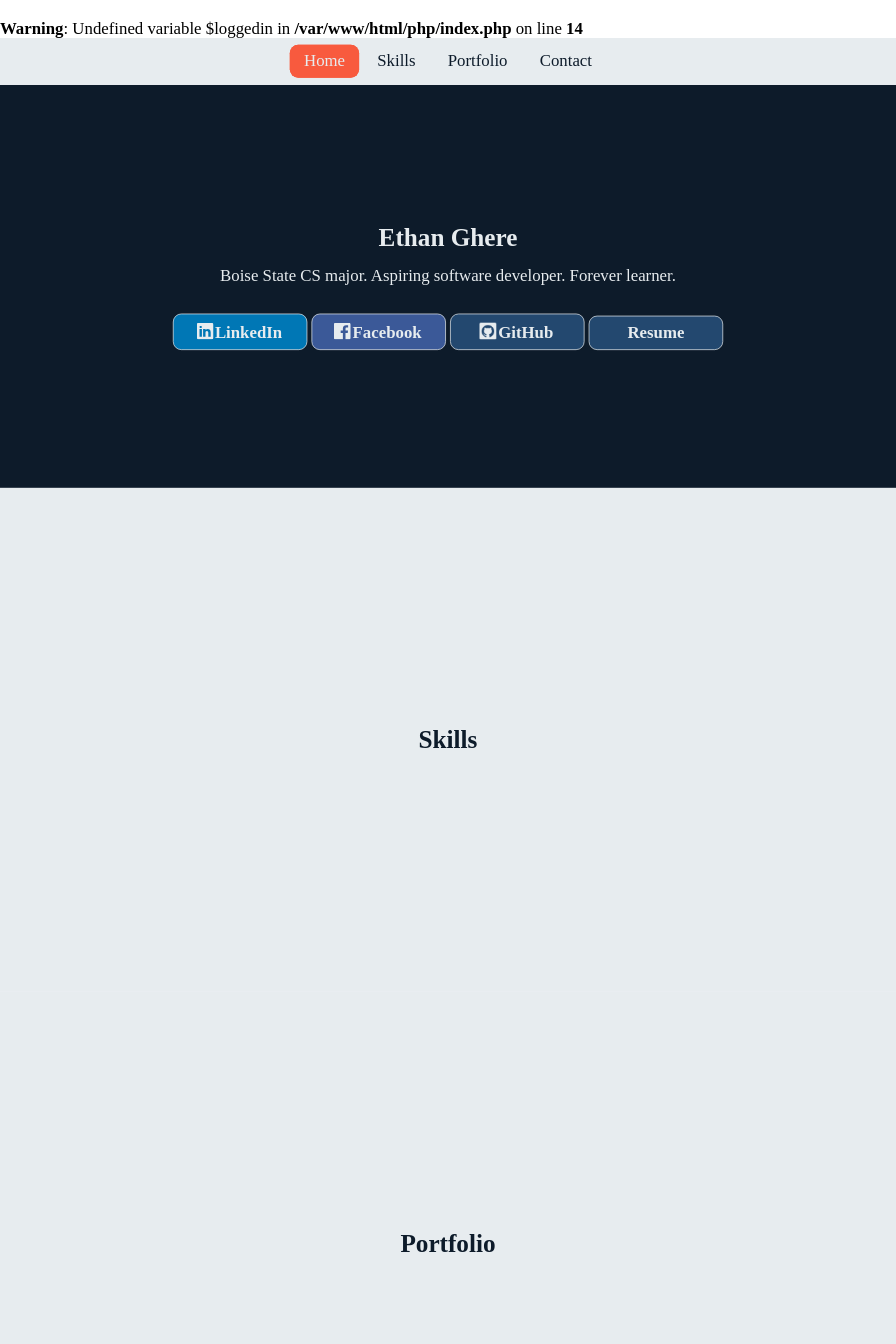
Repository: eghere-bsu/ethanghere-website
Page: http://localhost/php/index.php
These files come from the project's save history. The page is drawn as it stood at one moment and after the next save; the edit follows.
The browser window is 1280 px wide. The pictures show the part of the page from y = 0 to 1920 px (the page is 2929 px tall before and 2875 px after), at 70% of full size.
Some web fonts or font styles are not loaded; a fallback is used. The page is run by PHP 8.4 with error messages shown; the project is at /var/www/html/.

Above is the page before, as saved 2023-11-27 16:16:43.

After the next save:
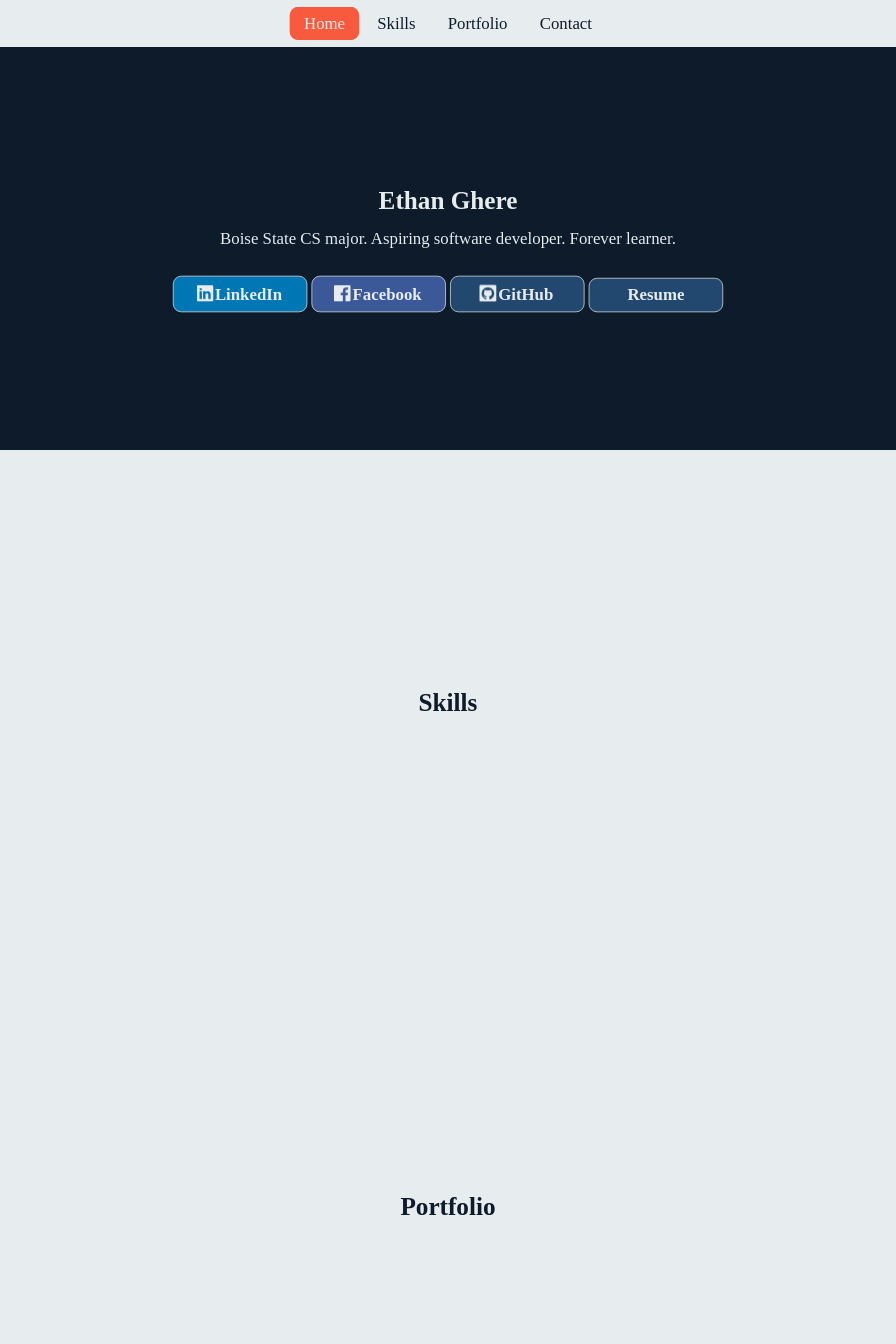
Saved 17 s later.
--- a/php/index.php
+++ b/php/index.php
@@ -11,7 +11,7 @@
 $loggedIn = isset($_SESSION['auth']) && $_SESSION['auth'] === true;
 $loginText = $loggedIn ? 'Log Out' : 'Log In';
 $loginHref = $loggedIn ? 'login_handler.php?action=logout' : '#login';
-$loginClass = $loggedin ? 'button' : 'button login-modal';
+$loginClass = $loggedIn ? 'button' : 'button login-modal';
 ?>
 
 <!DOCTYPE html>
